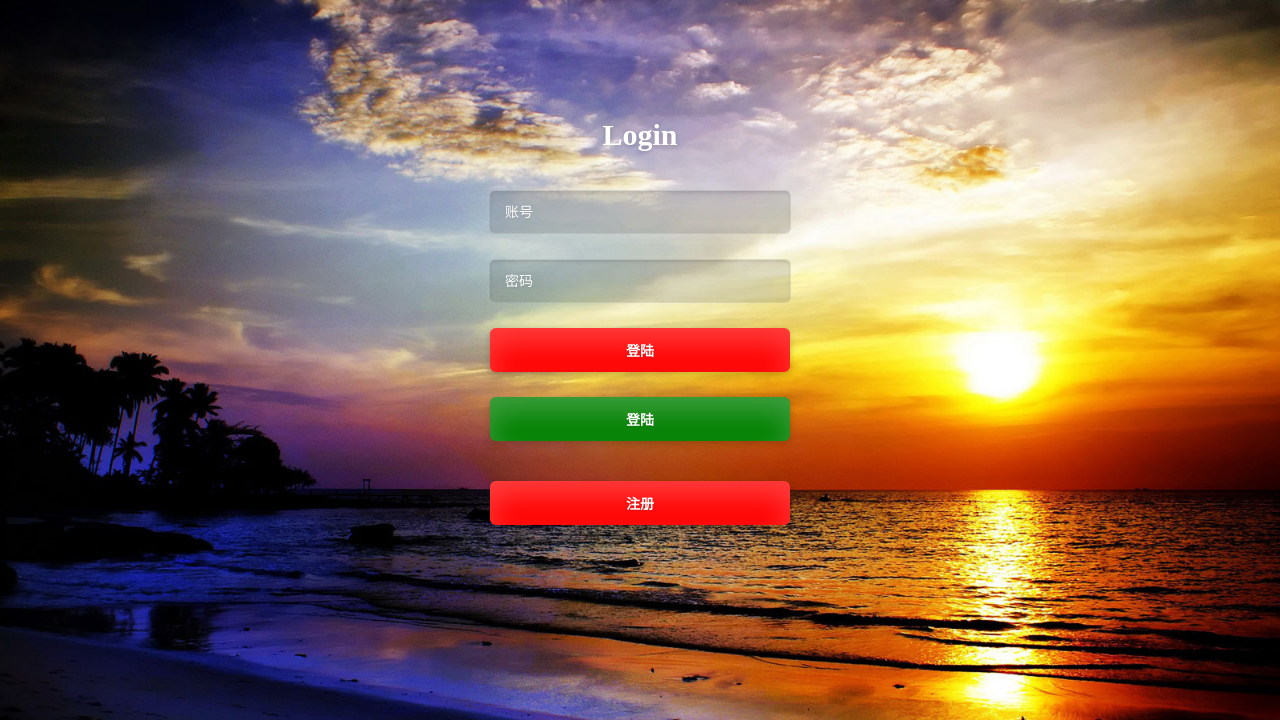
Repository: SUT-GC/myblog
Page: http://localhost/myblog/jsp/login/login.jsp
These files come from the project's save history. The page is drawn as it stood at one moment and after the next save; the edit follows.
The browser window is 1280 px wide. The pictures show the whole page.
Some web libraries are served in a nearby version. The page is served by Tomcat 9.

Above is the page before, as saved 2015-10-01 09:51:38.
Console error: TypeError: $(...).live is not a function

After the next save:
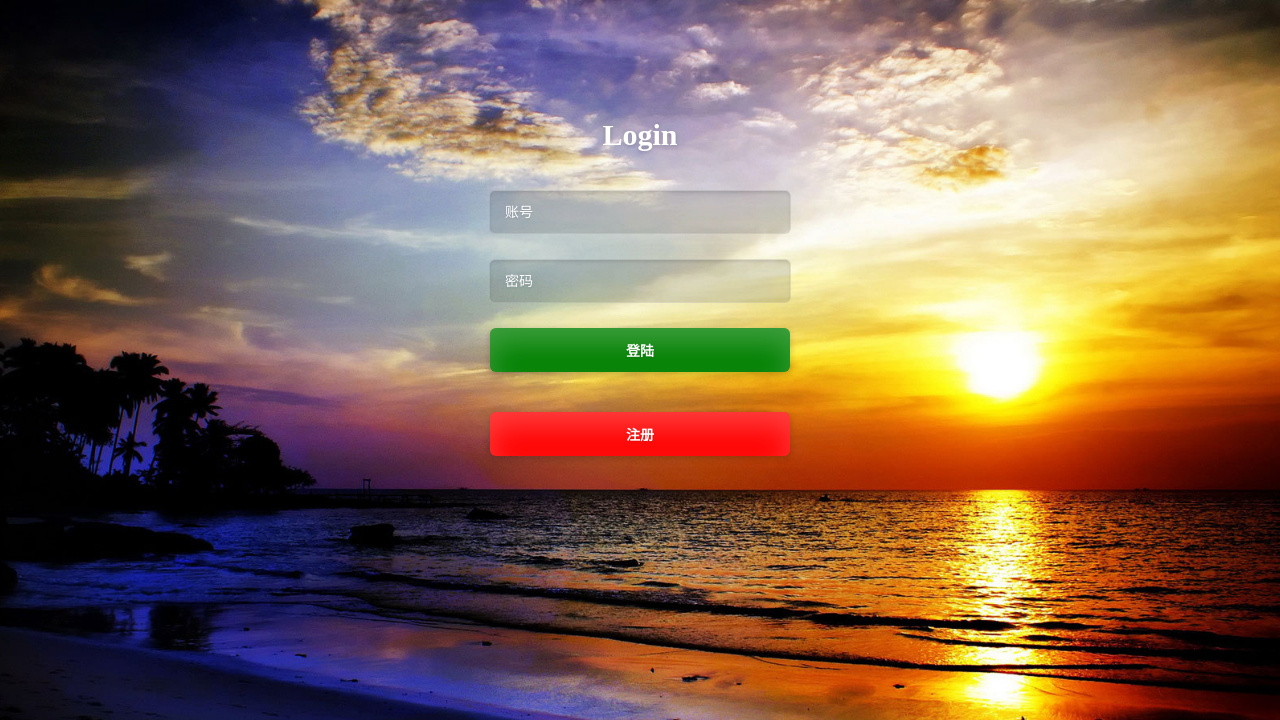
Saved 13 s later.
--- a/javaee_workspace/myblog/WebContent/jsp/login/login.jsp
+++ b/javaee_workspace/myblog/WebContent/jsp/login/login.jsp
@@ -34,7 +34,7 @@
                 <div>
 					<input type="password" name="password" class="password" placeholder="密码" oncontextmenu="return false" onpaste="return false" />
                 </div>
-                <button id="register" type="button" onclick="toRegister()">登陆</button>
+
                 <button id="submit" type="button">登陆</button>
 
             </form>
